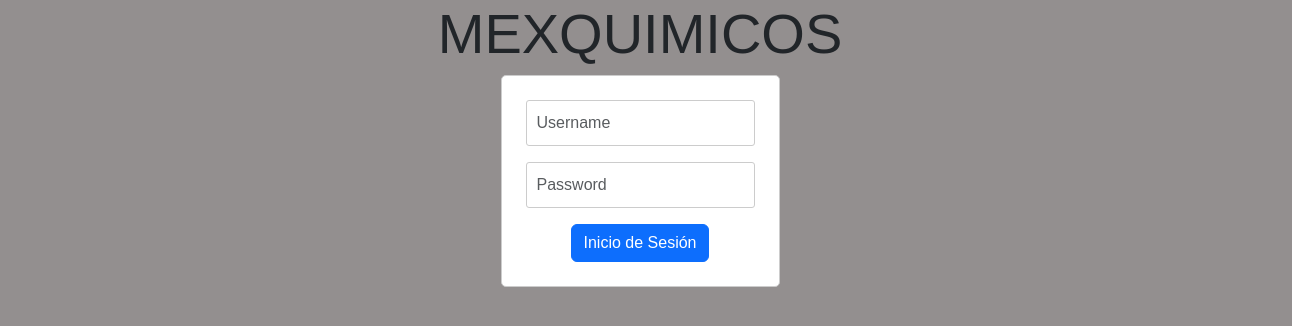
Repository: iDiv3r/MexiQuimicosIsay
Page: Index.html
The author's editor kept a copy of each file at every save. The page is drawn from the files as they stood at one save, then again after the next save.
The browser window is 1280 px wide. The page is 1280 px wide, then 1292 px, so the pictures cover 1292 px, including what lies to the right of the window. The pictures show the whole page.

Above is the page before, as saved 2023-11-25 00:12:42.

After the next save:
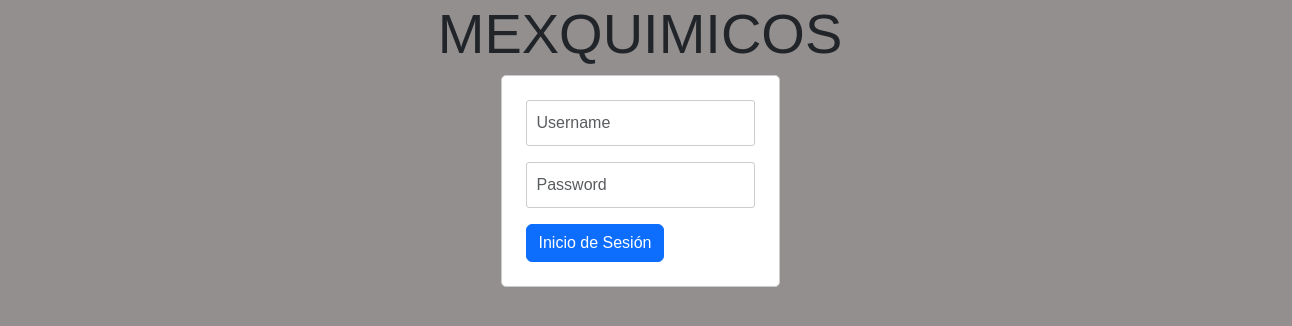
Saved 5 s later.
--- a/Index.html
+++ b/Index.html
@@ -51,7 +51,7 @@
 <body>
   <h1 class="display-4 text-align-absolute text-dark">MEXQUIMICOS</h1>
 
-  <div class="container text-center  width: 133px; height: 33px; background: #D9D9D9; border-radius: 12px">
+  <div class=" width: 133px; height: 33px; background: #D9D9D9; border-radius: 12px">
     <div class="row justify-content-md-center">
       <div class="col-md-auto fixed">
   <form class="p-4">
